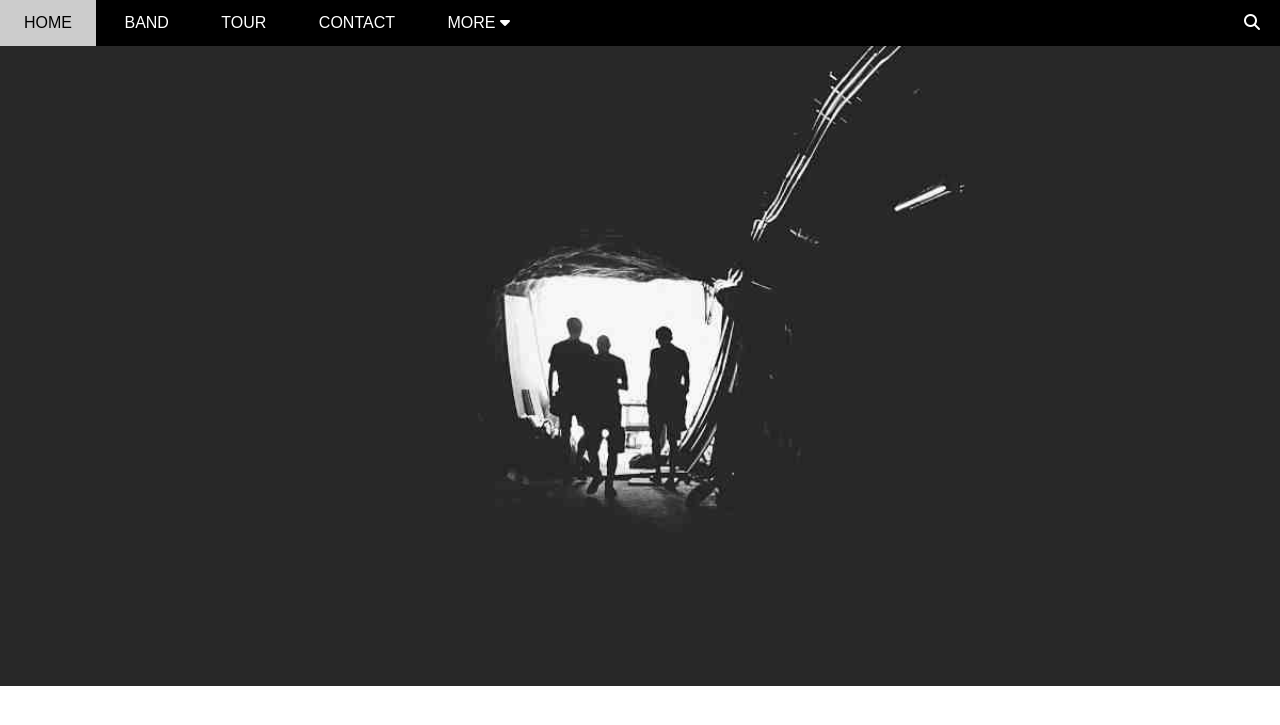
Repository: TranPhucThinh/clone-the-band
Page: index.html
These files come from the project's save history. The page is drawn as it stood at one moment and after the next save; the edit follows.
The browser window is 1280 px wide. The pictures show the whole page.
Some web libraries are served in a nearby version.

Above is the page before, as saved 2022-08-04 00:17:36.

After the next save:
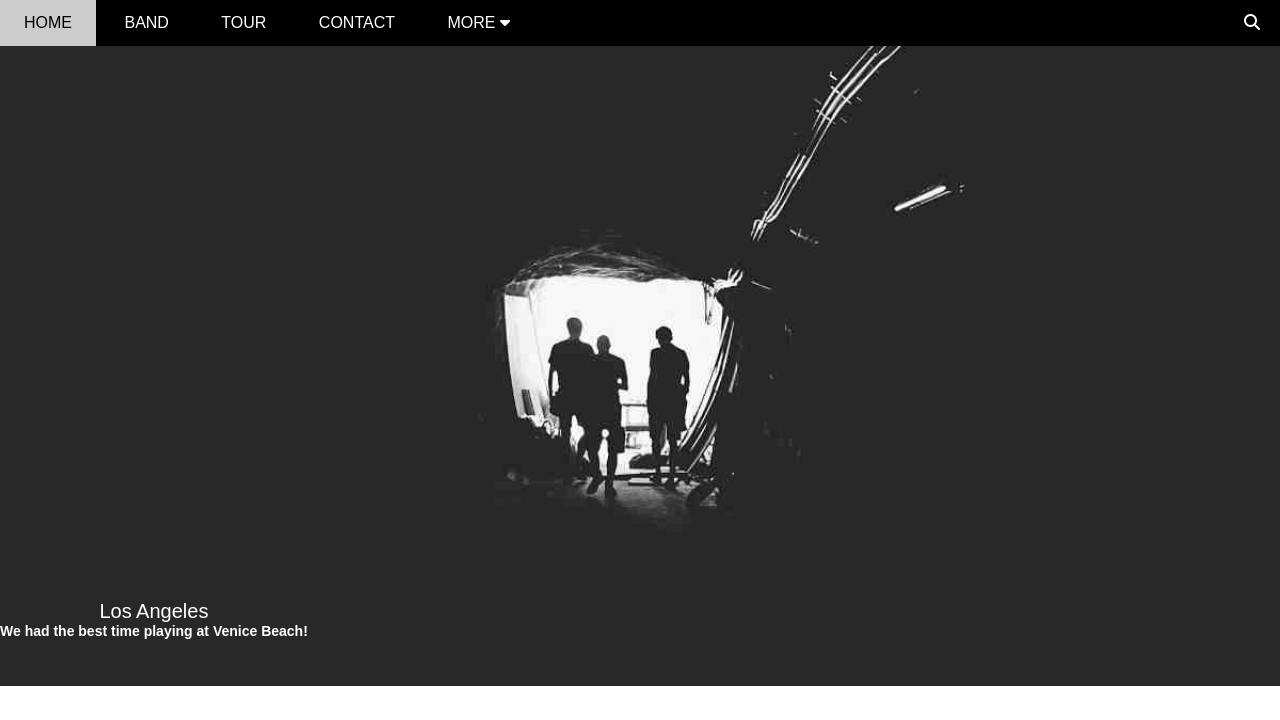
Saved 2 min 29 s later.
--- a/assets/style.css
+++ b/assets/style.css
@@ -100,6 +100,7 @@ html {
   color: #fff;
   text-align: center;
   position: absolute;
+  bottom: 47px;
 }
 
 #slider .slider-heading {
